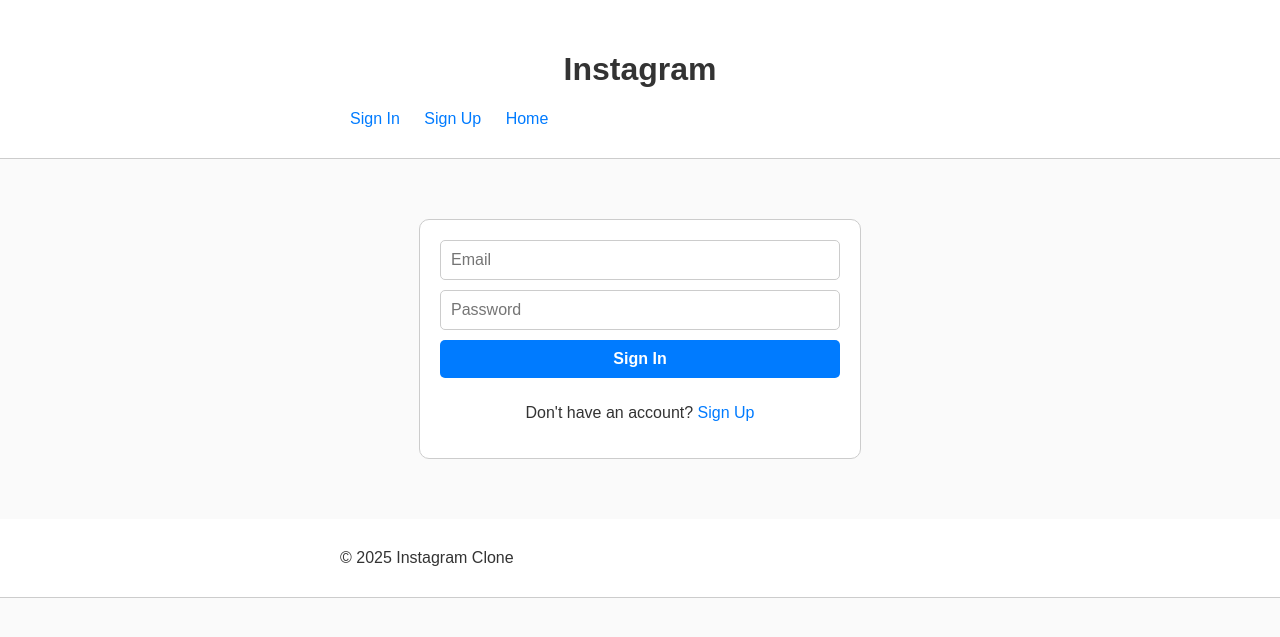
Repository: burhannaseer/CloudClips
Page: signin.html
These files come from the project's save history. The page is drawn as it stood at one moment and after the next save; the edit follows.
The browser window is 1280 px wide. The pictures show the whole page.

Above is the page before, as saved 2025-05-06 02:41:45.

### signin.html
<!DOCTYPE html>
<html lang="en">
<head>
  <meta charset="UTF-8">
  <meta name="viewport" content="width=device-width, initial-scale=1.0">
  <title>Instagram Clone - Sign In</title>
  <link rel="stylesheet" href="styles.css">
</head>
<body>
  <header>
    <div class="container">
      <h1>Instagram</h1>
      <nav>
        <a href="signin.html">Sign In</a>
        <a href="signup.html">Sign Up</a>
        <a href="index.html">Home</a>
      </nav>
    </div>
  </header>

  <main class="container">
    <form id="signinForm">
      <input type="email" id="emailInput" placeholder="Email" required />
      <input type="password" id="passwordInput" placeholder="Password" required />
      <button type="submit">Sign In</button>
      <p>Don't have an account? <a href="signup.html">Sign Up</a></p>
    </form>
  </main>

  <footer>
    <div class="container">&copy; 2025 Instagram Clone</div>
  </footer>

  <script src="script.js"></script>
</body>
</html>

### styles.css
body {
  font-family: Arial, sans-serif;
  margin: 0;
  padding: 0;
  background-color: #fafafa;
  color: #333;
}

.container {
  max-width: 600px;
  margin: auto;
  padding: 20px;
}

header, footer {
  background-color: #fff;
  border-bottom: 1px solid #ccc;
  padding: 10px 0;
}

nav a {
  margin: 0 10px;
  text-decoration: none;
  color: #007bff;
}

h1, h2 {
  text-align: center;
}

form {
  display: flex;
  flex-direction: column;
  gap: 10px;
}

input[type="text"],
input[type="email"],
input[type="password"],
input[type="file"],
textarea,
button {
  padding: 10px;
  font-size: 1rem;
  border: 1px solid #ccc;
  border-radius: 5px;
  width: 100%;
  box-sizing: border-box;
}

button {
  background-color: #007bff;
  color: white;
  border: none;
  cursor: pointer;
  font-weight: bold;
}

button:hover {
  background-color: #0056b3;
}

.feed .post {
  background: white;
  border: 1px solid #ccc;
  margin-bottom: 20px;
  padding: 10px;
  border-radius: 8px;
}

.post img, .post video {
  width: 100%;
  border-radius: 5px;
  margin-top: 10px;
}

.actions {
  display: flex;
  justify-content: space-around;
  margin-top: 10px;
  font-size: 1.2rem;
  cursor: pointer;
}

.actions span:hover {
  opacity: 0.7;
}

/* Sign In / Sign Up Forms */
form#signinForm, form#signupForm {
  background-color: #fff;
  padding: 20px;
  border: 1px solid #ccc;
  border-radius: 10px;
  max-width: 400px;
  margin: 40px auto;
}

form#signinForm p,
form#signupForm p {
  text-align: center;
}

form#signinForm a,
form#signupForm a {
  color: #007bff;
  text-decoration: none;
}

form#signinForm a:hover,
form#signupForm a:hover {
  text-decoration: underline;
}

### script.js
const signupForm = document.getElementById('signupForm');
if (signupForm) {
  signupForm.addEventListener('submit', function(e) {
    e.preventDefault();

    // Get form values
    const firstName = document.getElementById('firstName').value;
    const lastName = document.getElementById('lastName').value;
    const email = document.getElementById('email').value;
    const phone = document.getElementById('phone').value;
    const password = document.getElementById('password').value;
    const confirmPassword = document.getElementById('confirmPassword').value;

    // Validation checks
    if (!firstName || !lastName || !email || !phone || !password || !confirmPassword) {
      alert('Please fill in all fields.');
      return;
    }

    if (password !== confirmPassword) {
      alert('Passwords do not match.');
      return;
    }

    // Create user object
    const user = {
      firstName,
      lastName,
      email,
      phone,
      password,
    };

    // Save to localStorage (for demonstration, in a real app use a backend)
    localStorage.setItem('user', JSON.stringify(user));

    alert('Account created successfully!');
    window.location.href = 'signin.html'; // Redirect to sign in page
  });
}

After the next save:
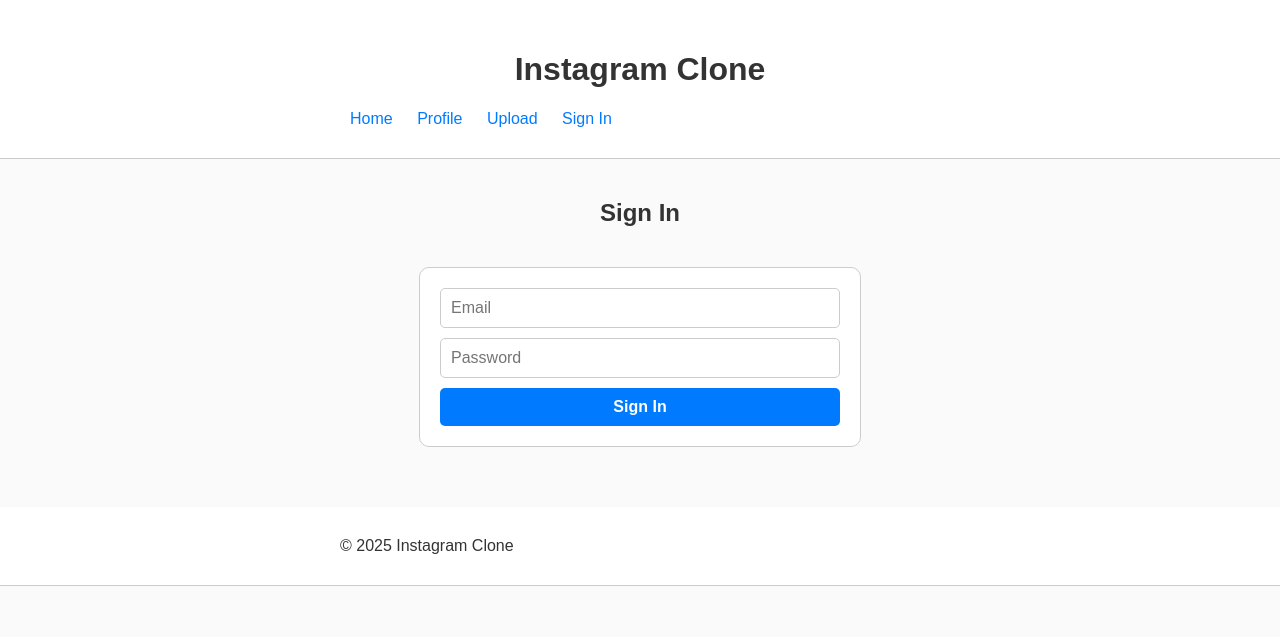
Saved 22 s later.
--- a/signin.html
+++ b/signin.html
@@ -9,21 +9,22 @@
 <body>
   <header>
     <div class="container">
-      <h1>Instagram</h1>
+      <h1>Instagram Clone</h1>
       <nav>
+        <a href="index.html">Home</a>
+        <a href="profile.html">Profile</a>
+        <a href="upload.html">Upload</a>
         <a href="signin.html">Sign In</a>
-        <a href="signup.html">Sign Up</a>
-        <a href="index.html">Home</a>
       </nav>
     </div>
   </header>
 
   <main class="container">
+    <h2>Sign In</h2>
     <form id="signinForm">
-      <input type="email" id="emailInput" placeholder="Email" required />
-      <input type="password" id="passwordInput" placeholder="Password" required />
+      <input type="email" id="emailSignIn" placeholder="Email" required />
+      <input type="password" id="passwordSignIn" placeholder="Password" required />
       <button type="submit">Sign In</button>
-      <p>Don't have an account? <a href="signup.html">Sign Up</a></p>
     </form>
   </main>
 
